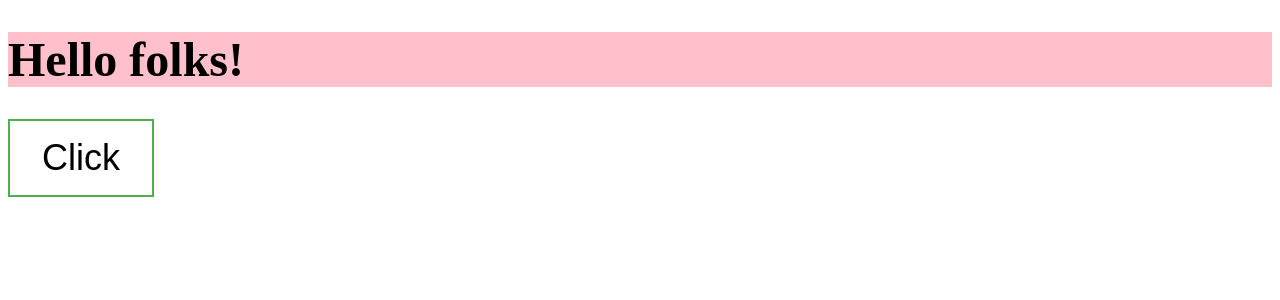
Repository: aakriti-tech/GlobalLogic
Page: Akki/WebContent/index.html
The author's editor kept a copy of each file at every save. The page is drawn from the files as they stood at one save, then again after the next save.
The browser window is 1280 px wide. The pictures show the whole page.

Above is the page before, as saved 2022-08-01 05:48:16.

After the next save:
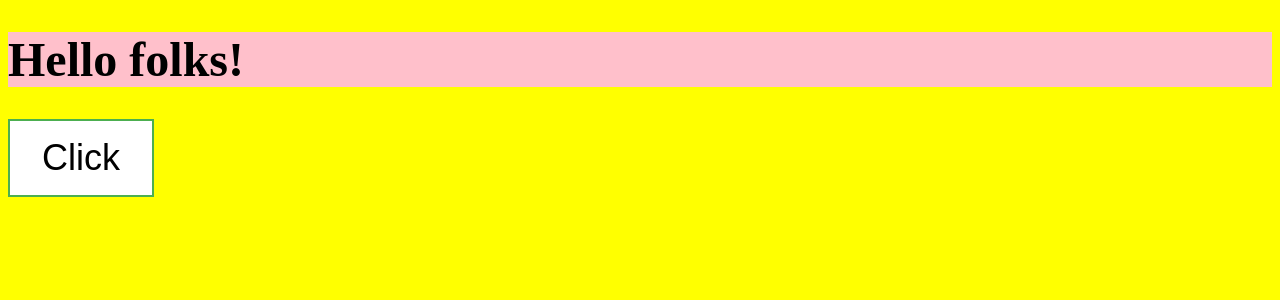
Saved 111 s later.
--- a/Akki/WebContent/index.html
+++ b/Akki/WebContent/index.html
@@ -4,6 +4,8 @@
 <meta charset="ISO-8859-1">
 <title>First Web App</title>
 <style>
+body{
+background-color:yellow;}
 h1{
 font-size:48px;
 }
